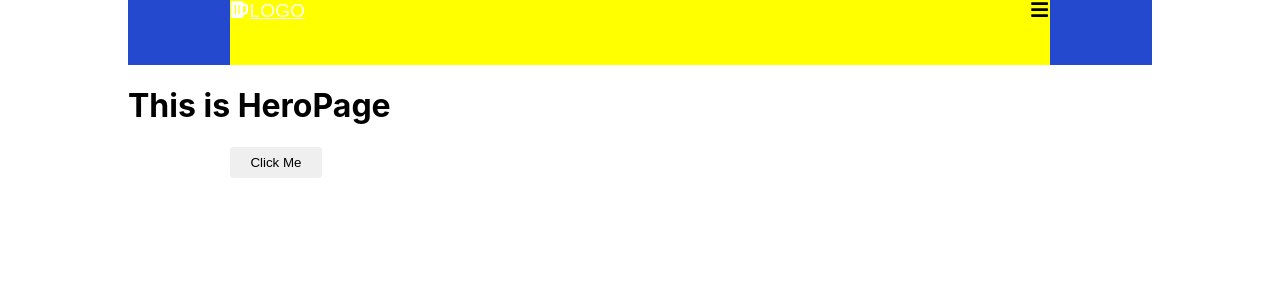
Repository: ajaygc95/Django-and-react
Page: / (app in galamart_sell/reactfrontend/)
These files come from the project's save history. The page is drawn as it stood at one moment and after the next save; the edit follows.
The browser window is 1280 px wide. The pictures show the whole page.
The project was rebuilt for these pictures with package versions that can differ from the ones it lists, and the page was loaded fresh each time. Also part of the build but not shown: galamart_sell/reactfrontend/src/components/Button.js, galamart_sell/reactfrontend/src/components/About.js, galamart_sell/reactfrontend/src/components/Shop.css, galamart_sell/reactfrontend/src/components/Shop.js, galamart_sell/reactfrontend/src/components/ItemDetail.js.

Above is the page before, as saved 2021-04-07 22:16:35.

After the next save:
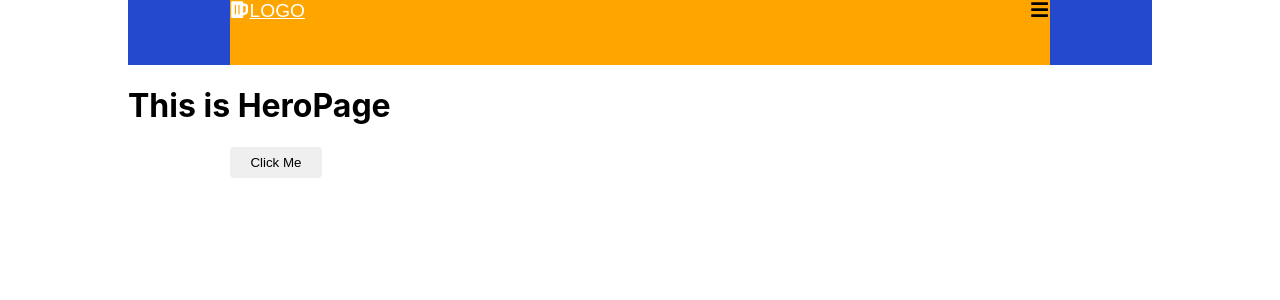
Saved 6 s later.
--- a/galamart_sell/reactfrontend/src/components/Nav.css
+++ b/galamart_sell/reactfrontend/src/components/Nav.css
@@ -13,7 +13,7 @@
 }
 
 .navbar-container {
-  background-color: yellow;
+  background-color: orange;
   display: flex;
   justify-content: space-between;
   height: 65px;
